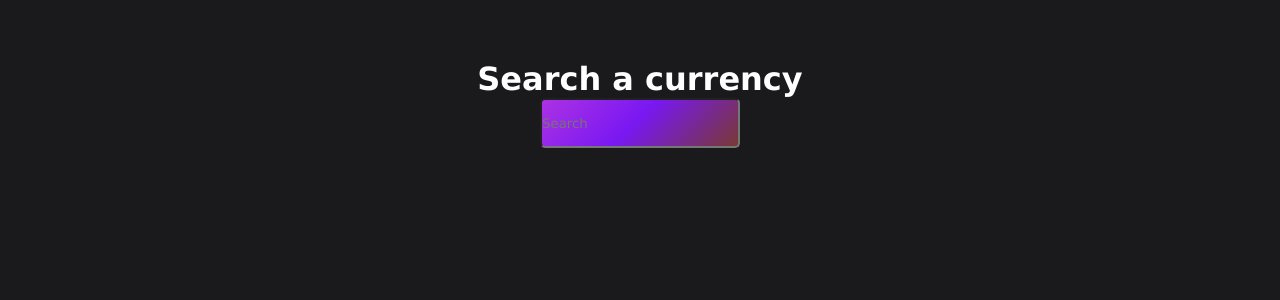
Repository: adder206/react-api-crypto-tracker
Page: /
An editor plug-in stored every save of this project. The page is shown before and after the next save, followed by the edit.
The browser window is 1280 px wide. The pictures show the whole page.
The page's requests for data from a server got no answer. The project was rebuilt for these pictures with package versions that can differ from the ones it lists, and the page was loaded fresh each time. No one was signed in, and anything a server would have sent is missing. Also part of the build but not shown: src/Coin.js, src/Coin.css.

Above is the page before, as saved 2021-03-12 13:59:02.

After the next save:
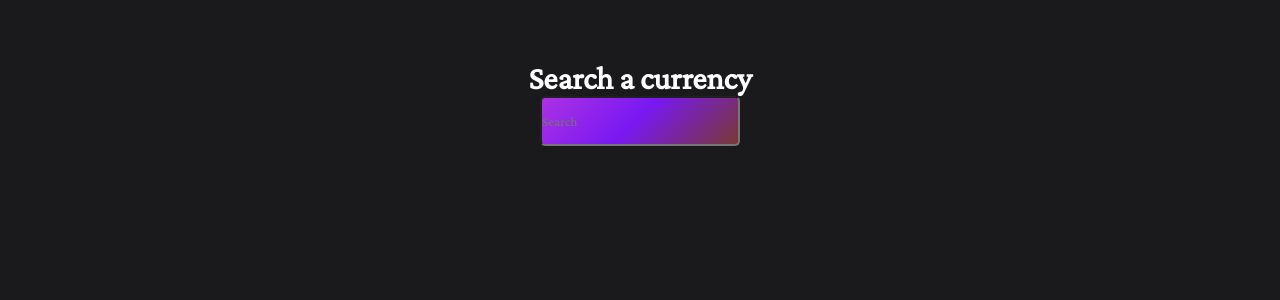
Saved 5 min 53 s later.
--- a/src/App.css
+++ b/src/App.css
@@ -1,8 +1,9 @@
+@import url('https://fonts.googleapis.com/css2?family=Crimson+Pro&family=Literata');
 *{
   box-sizing: border-box;
   margin: 0;
   padding: 0;
-  font-family: Verdana, Geneva, Tahoma, sans-serif;
+  font-family: 'Crimson Pro', serif;
   background-color: #1a1a1c;
   color:#fff;
 }
